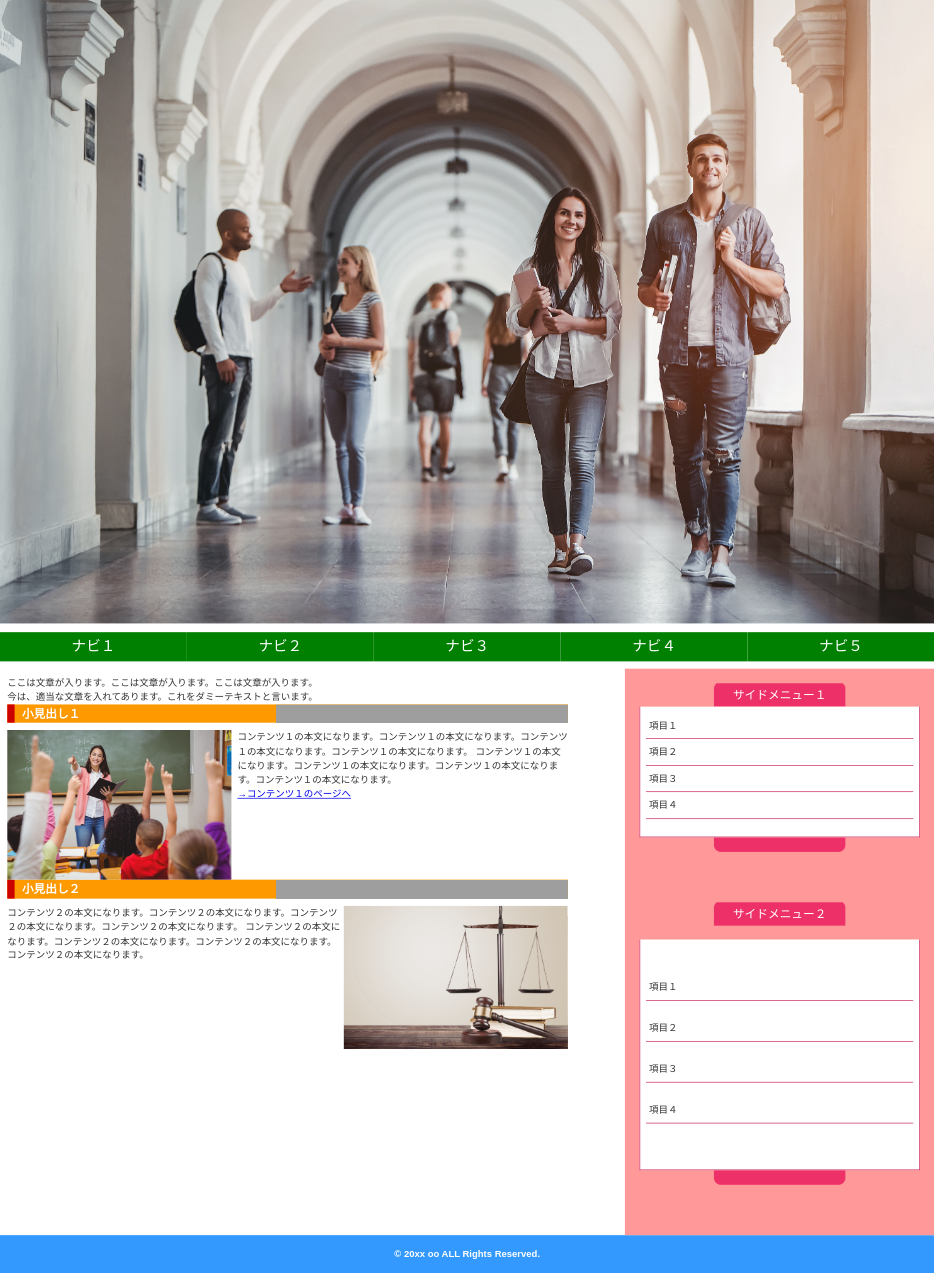
Repository: naoko0513/samurai_HTML-CSS
Page: home.html
The author's editor kept a record of every edit. The page is drawn from the files as they stood at one moment, then again after the next edit.
The browser window is 1280 px wide. The pictures show the whole page, at 73% of full size.
The pointer rests on the first visible `#nav ul li a`.
Pictures or frames that could not be fetched are drawn as grey boxes.

Above is the page before.

### home.html
<!DOCTYPE html>
<html lang="ia">
<head>
    <meta charset="UTF-8">
    <title>HTML/CSSの学習</title>
    <link rel="stylesheet"href="stylesheet.css">
</head>
 <body>
    <div id="header">
        <h1><a href="index.html"><img id="corridor" src="images/corridor.jpg" alt="大学の廊下"/></a></h1>
    </div>
  <div id="wrapper">
      <div id="nav">
          <ul>
              <li><a href="home.html">ナビ１</a></li>
              <li><a href="#">ナビ２</a></li>
              <li><a href="#">ナビ３</a></li>
              <li><a href="#">ナビ４</a></li>
              <li><a href="#">ナビ５</a></li>
          </ul>
      </div>
    </div>
        <div id="container">
         <div  id="main">
           <div class="post clearfix">
            <p>ここは文章が入ります。ここは文章が入ります。ここは文章が入ります。<br />今は、適当な文章を入れてあります。これをダミーテキストと言います。</p>
           </div>
          <div class="post clearfix">
            <h2>小見出し１</h2>
            <img class="left"src="images/classroom.jpg"alt="授業風景"/>
            <p>
                コンテンツ１の本文になります。コンテンツ１の本文になります。コンテンツ１の本文になります。コンテンツ１の本文になります。
                コンテンツ１の本文になります。コンテンツ１の本文になります。コンテンツ１の本文になります。コンテンツ１の本文になります。
            </p>
            <p><a href="#">→コンテンツ１のページへ</a></p>
          </div>
          <div class="post clearfix">
            <h2>小見出し２</h2>
            <img class="right" src="images/scale.jpg" alt="天秤"/>
            <p>
                コンテンツ２の本文になります。コンテンツ２の本文になります。コンテンツ２の本文になります。コンテンツ２の本文になります。
                コンテンツ２の本文になります。コンテンツ２の本文になります。コンテンツ２の本文になります。コンテンツ２の本文になります。
            </p>
          </div>
        </div>
    </div>
     <div id="side">
         <div class="box">
             <h2>サイドメニュー１</h2>
             <div class="boxBody">
                 <ul>
                     <li>項目１</li>
                     <li>項目２</li>
                     <li>項目３</li>
                     <li>項目４</li>
                 </ul>
             </div>
         </div>
     　<div class="box">
        　 <h2>サイドメニュー２</h2>
         　<div class="boxBody">
             　<ul>
                 　<li>項目１</li>
                 　<li>項目２</li>
                 　<li>項目３</li>
                 　<li>項目４</li>
             　</ul>
         　</div>
       </div>
     </div>
    <div id="footer">
        <p>&copy; 20xx oo ALL Rights Reserved.</p>
    </div>
 </body>
</html>

### stylesheet.css
@charset"utf-8";

body {

    margin: 0;
    padding: 0;
    font-family:"ヒラギノ角ゴ　Pro W3","Hiragino Kaku Gothic Pro","メイリオ",Meiryo,Osaka,"MS Pゴシック","MSPGothic",sans-serif;
    color: #333;
    font-size: 13px;
    line-height: 150%;
}

#wrapper {
    width: 100%;
    margin: auto;
    padding: 0px;
    border: 0px;
    background-color: #FFF;
    top: 10px;
    position: relative;
}


 #header {
 	width: 100%;
 }
 #header h1 {
 	 margin: 0;
	 padding: 0;
 }
 #corridor {
	 width: 100%;
	 height: auto;
 }

 #footer {
    clear: both;
    width: 100%;
    padding: 3px 0 3px 0;
    background: #39F;
    color: #FFF;
    font-weight: bold;
    text-align: center;
 }

 #nav {
     width: 100%;
 }

 #nav ul {
     margin: 0;
     padding: 0;
     list-style-type: none;
 }

 #nav ul li {
     float: left;
     width: 20%;
     text-align: center;
 }

 #nav ul li a {
     display: block;
     height: 20px;
     margin: 0;
     padding: 10px;
     color: #FFF;
     font-size: 20px;
     text-decoration: none;
     background-color: green;
 }

 #nav ul li a:hover {
     filter: drop-shadow(10px 10px 10px block);
 }

/*------------------container----------------*/
 #container{
     width: 100%;
     margin: auto ;
     padding: auto;
     padding-top:20px;
     clear: both;
 }
/*------------------main-------------------*/
#main{
    float: left;
    width: 60%;
    padding: 10px 30px 10px 10px;
}
#main h2{
    margin:0 0 10px 0;
    padding: 3px 10px 3px 10px;
    color: #FFF;
    font-size: 16px;
    border-left: solid 10px #C00;
    background: #F90 url(../images/main_h2.jpg)right top repeat-y;
}

#main p {
    margin: 0;
    padding: 0;
}
#main.post{
    margin: 0 0 30px 0;
}
#main.post img.right {
    margin: 0 0 0 8px;
}
#main .post img.left{
    margin: 0 8px 0 0;
}
.right {
    float: right;
    width: 40%;
    height: auto;
}
.left {
    float: left;
    width: 40%;
    height: auto;
}
/*------------------------clearfix-----------------------*/
.clearfix {
    zoom: 1;
}
.clearfix:after{
    content: "";
    display: block;
    clear: both;
}

/*------------------------side-------------------------*/
#side {
    float: right;
    width: 30%;
    padding: 20px;
    background-color: #F99;
}
#side .box {
    margin: 0 auto 30px auto;
    padding: 0 0 20px 0;
    background: url(images/side_box.png) bottom no-repeat;
}
#side .box h2{
    margin: 0;
    padding: 8px;
    text-align: center;
    color: #fff;
    font-size: 16px;
    line-height: 16px;
    font-weight: normal;
    background: url(images/side_box_h2.png)center no-repeat;
}
#side .box .boxBody {
    padding: 8px;
    border-right: solid 1px #C36;
    border-bottom: solid 1px #C36;
    border-left: solid 1px #C36;
    background: #fff;
}
#side .box .boxBody ul {
    margin: 0 0 16px 0;
    padding: 0;
}
#side .box .boxBody ul li {
    padding: 8px 0 8px 4px;
    list-style: none;
    border-bottom: solid 1px #C36;
}

#side .box .boxBody ul li:hover {
    padding:  8px 0 8px 4px;
    list-style: none;
    border-bottom: solid 1px #C36;
    box-shadow: 0px 4px 4px rgba(0,0,0,0.3);
}

After the next edit:
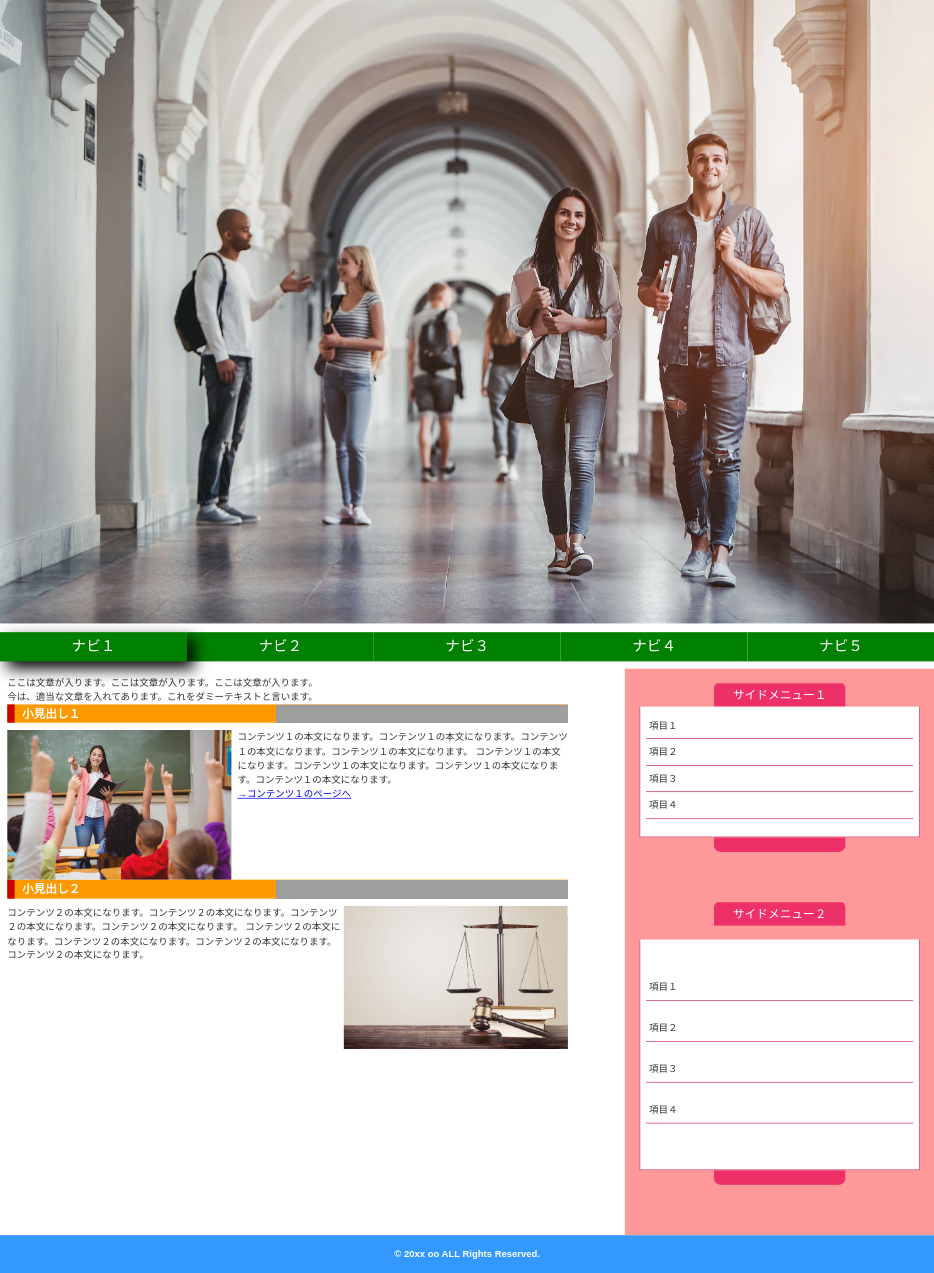
The edit:
--- a/stylesheet.css
+++ b/stylesheet.css
@@ -71,7 +71,7 @@
  }
 
  #nav ul li a:hover {
-     filter: drop-shadow(10px 10px 10px block);
+     filter: drop-shadow(10px 10px 10px black);
  }
 
 /*------------------container----------------*/
